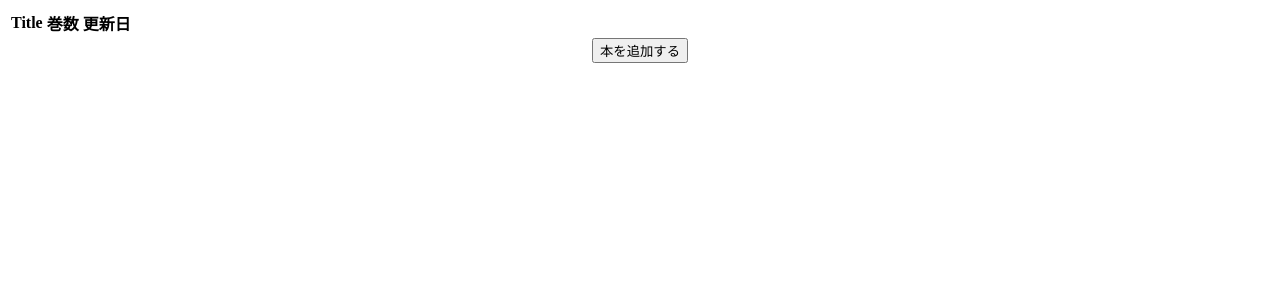
Repository: shotanobukuni/BooksManage
Page: / (app in frontend/app/)
An editor plug-in stored every save of this project. The page is shown before and after a run of saves, followed by the edit.
The browser window is 1280 px wide. The pictures show the whole page.
The page's requests for data from a server got no answer. The project was rebuilt for these pictures with package versions that can differ from the ones it lists, and the page was loaded fresh each time. No one was signed in, and anything a server would have sent is missing.

Above is the page before, as saved 2021-02-24 20:13:08.

After the next 2 saves:
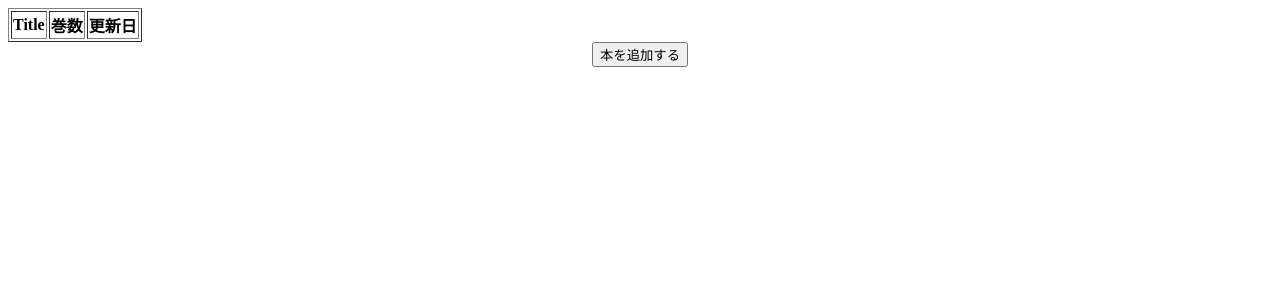
The 2 saves are shown as one change because 1 did not build or start.
The last was saved 6 min 11 s later.
--- a/frontend/app/src/components/BooskManageView.js
+++ b/frontend/app/src/components/BooskManageView.js
@@ -12,7 +12,7 @@ function BooskManageView() {
     }, [])
     return (
         <div>
-            <table>
+            <table border="1">
                 <tr>
                     <th>Title</th>
                     <th>巻数</th>
